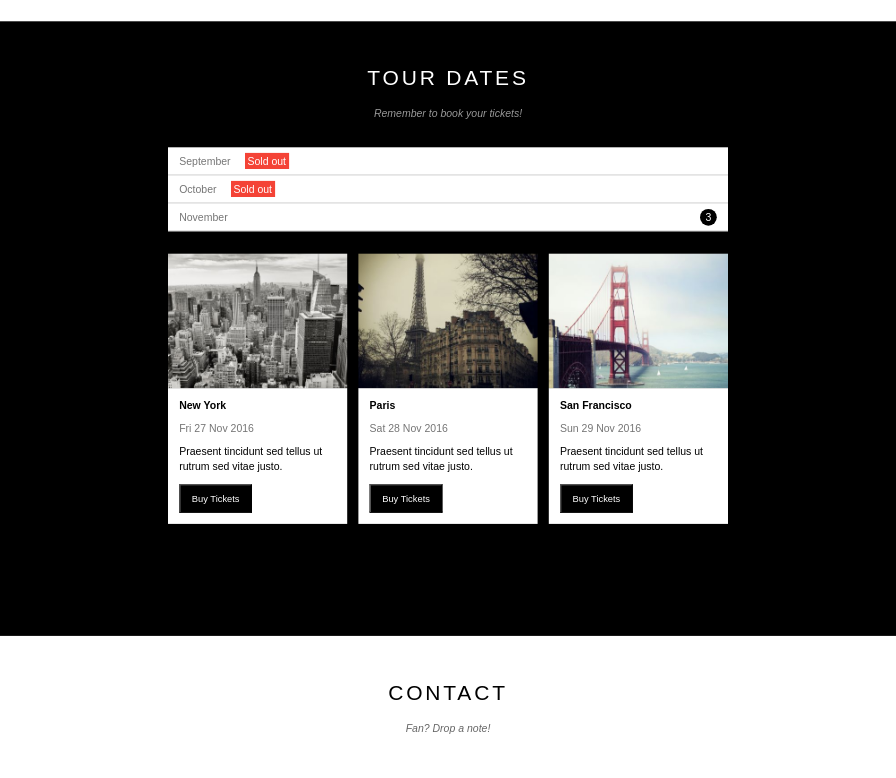
Repository: duyhung0311/band_music
Page: index.html
An editor plug-in stored every save of this project. The page is shown before and after the next save, followed by the edit.
The browser window is 1280 px wide. The pictures show the part of the page from y = 1249 to 3169 px (the page is 2361 px tall before and 3169 px after), at 70% of full size.

Above is the page before, as saved 2021-08-15 11:43:30.

### index.html
<!DOCTYPE html>
<html lang="en">
  <head>
    <meta charset="UTF-8" />
    <meta http-equiv="X-UA-Compatible" content="IE=edge" />
    <meta name="viewport" content="width=device-width, initial-scale=1.0" />
    <title>Document</title>
    <link rel="stylesheet" href="assets/css/style.css" />
    <link
      rel="stylesheet"
      href="./assets/fonts/themify-icons/themify-icons.css"
    />
  </head>
  <body>
    <div id="main">
      <div id="header">
        <!--#ul>li*5>a  -->
        <!-- Begin : Nav -->
        <ul id="nav">
          <li><a href="">Home</a></li>
          <li><a href="">Tour</a></li>
          <li><a href="">Band</a></li>
          <li><a href="">Contact</a></li>
          <li>
            <a href="">
              More
              <i class="nav-arrow-down ti-angle-dow"></i>
            </a>
            <ul class="subnav">
              <li><a href="">Merchandise</a></li>
              <li><a href="">Extras</a></li>
              <li><a href="">Media</a></li>
            </ul>
          </li>
        </ul>
        <!-- End : Nav -->

        <!-- Begin :Search button -->
        <div class="search-btn">
          <i class="search-icon ti-search"></i>
        </div>
        <!-- End :Search button -->
      </div>

      <div id="slider">
        <div class="text-content">
          <h2 class="text-heading">New York</h2>
          <div class="text-description">
            The atmosphere in New York is lorem ipsum.
          </div>
        </div>
      </div>

      <div id="content">
        <!-- About section -->
        <div class="content-section">
          <h2 class="section-heading">THE BAND</h2>
          <p class="section-sub-heading">We love music</p>
          <p class="about-content">
            We have created a fictional band website. Lorem ipsum dolor sit
            amet, consectetur adipiscing elit, sed do eiusmod tempor incididunt
            ut labore et dolore magna aliqua. Ut enim ad minim veniam, quis
            nostrud exercitation ullamco laboris nisi ut aliquip ex ea commodo
            consequat. Duis aute irure dolor in reprehenderit in voluptate velit
            esse cillum dolore eu fugiat nulla pariatur. Excepteur sint occaecat
            cupidatat non proident, sunt in culpa qui officia deserunt mollit
            anim id est laborum consectetur adipiscing elit, sed do eiusmod
            tempor incididunt ut labore et dolore magna aliqua. Ut enim ad minim
            veniam, quis nostrud exercitation ullamco laboris nisi ut aliquip ex
            ea commodo consequat.
          </p>

          <div class="members-list">
            <div class="member-item">
              <p class="member-name">Name</p>
              <img
                src="./assets/img/ban/member1.jpg"
                alt=""
                class="member-avatar"
              />
            </div>

            <div class="member-item">
              <p class="member-name">Name</p>
              <img
                src="./assets/img/ban/member1.jpg"
                alt=""
                class="member-avatar"
              />
            </div>

            <div class="member-item">
              <p class="member-name">Name</p>
              <img
                src="./assets/img/ban/member1.jpg"
                alt=""
                class="member-avatar"
              />
            </div>

            <div class="clear"></div>
          </div>
        </div>

        <!-- Tour section -->
        <div class="tour-section">
          <div class="content-section">
            <h2 class="section-heading text-white">TOUR DATES</h2>
            <p class="section-sub-heading text-white">
              Remember to book your tickets!
            </p>

            <!-- Ticket list -->
            <ul class="ticket-list">
              <li>September <span class="sold-out">Sold out</span></li>
              <li>October <span class="sold-out">Sold out</span></li>
              <li>November <span class="quantity">3</span></li>
            </ul>

            <!-- Place list -->
            <div class="row places-list">
              <div class="place-item">
                <img
                  src="./assets//img/place/place1.jpg"
                  alt="New York"
                  class="place-img"
                />
                <div class="place-body">
                  <h3 class="place-heading">New York</h3>
                  <p class="place-time">Fri 27 Nov 2016</p>
                  <p class="place-description">
                    Praesent tincidunt sed tellus ut rutrum sed vitae justo.
                  </p>
                  <button class="place-buy-btn js-buy-ticket">
                    Buy Tickets
                  </button>
                </div>
              </div>

              <div class="place-item">
                <img
                  src="./assets//img/place/place2.jpg"
                  alt="Paris"
                  class="place-img"
                />
                <div class="place-body">
                  <h3 class="place-heading">Paris</h3>
                  <p class="place-time">Sat 28 Nov 2016</p>
                  <p class="place-description">
                    Praesent tincidunt sed tellus ut rutrum sed vitae justo.
                  </p>
                  <button class="place-buy-btn js-buy-ticket">
                    Buy Tickets
                  </button>
                </div>
              </div>
              <div class="place-item">
                <img
                  src="./assets//img/place/place3.jpg"
                  alt="San Francisco"
                  class="place-img"
                />
                <div class="place-body">
                  <h3 class="place-heading">San Francisco</h3>
                  <p class="place-time">Sun 29 Nov 2016</p>
                  <p class="place-description">
                    Praesent tincidunt sed tellus ut rutrum sed vitae justo.
                  </p>
                  <button class="place-buy-btn js-buy-ticket">
                    Buy Tickets
                  </button>
                </div>
              </div>
              <div class="clear"></div>
            </div>
          </div>
        </div>

        <!-- Tour section -->
        <div class="content-section">
          <h2 class="section-heading">CONTACT</h2>
          <p class="section-sub-heading">Fan? Drop a note!</p>
        </div>
      </div>

      <div id="footer"></div>
    </div>
    <div class="modal js-modal">
      <div class="modal-container js-modal-container">
        <div class="modal-close js-modal-close">
          <i class="ti-close"></i>
        </div>
        <header class="modal-header">
          <i class="modal-heading-icon ti-bag"></i>
          Tickets
        </header>
        <div class="modal-body">
          <label for="ticket-quantity" class="modal-label">
            <i class="ti-shopping-cart"></i>
            Tickets, $15 per person
          </label>
          <input
            id="quantity"
            type="text"
            placeholder="How many?"
            class="modal-input"
          />

          <label for="email" class="modal-label">
            <i class="ti-user"></i>
            Send To
          </label>
          <input
            id="email"
            type="text"
            placeholder="Email"
            class="modal-input"
          />
          <button id="buy-tickets">Pay <i class="ti-check"></i></button>
        </div>
        <footer class="modal-footer">
          <p class="modal-help">Need <a href="">help?</a></p>
        </footer>
      </div>
    </div>
    <script>
      const buyBtns = document.querySelectorAll(".js-buy-ticket");
      const modal = document.querySelector(".modal");
      const modalClose = document.querySelector(".js-modal-close");
      const modalContainer = document.querySelector(".js-modal-container");
      // Hàm hiển thị modal
      function showBuyTickets() {
        modal.classList.add("open");
      }
      // Hàm ẩn đi modal mua vé
      function showCloseTickets() {
        modal.classList.remove("open");
      }
      for (const buyBtn of buyBtns) {
        buyBtn.addEventListener("click", showBuyTickets);
      }
      modalClose.addEventListener("click", showCloseTickets);
      modal.addEventListener("click", showCloseTickets);
      modalContainer.addEventListener("click", function (event) {
        event.stopPropagation();
      });
    </script>
  </body>
</html>

### assets/css/style.css
/*Reset CSS*/
* {
  padding: 0;
  margin: 0;
  box-sizing: border-box;
}
html {
  font-family: Arial, Helvetica, sans-serif;
}
/*
    1. Từ ngoài vào trong
    2. Từ trên xuống dưới
    3. Từ tổng quan đến chi tiết
*/
/*
    1. Vị trí
    2. Kích thước (width height)
    3. Màu sắc
    4. Kiểu dáng (kiểu chữ, hình tròn, vuông, ....)
*/
.clear{
    clear: both;
}

.text-white {
    color: #fff !important;
}

#main {
}
#header {
  position: fixed;
  top: 0;
  left: 0;
  right: 0;
  z-index: 1;
  height: 46px;
  background-color: #000;
}

#nav {
  display: inline-block;
}

/* cách bỏ dấu chấm đầu dòng của thằng ul */
#nav,
.subnav {
  list-style-type: none;
}

#nav > li {
  display: inline-block;
}
#nav li {
  /* inline là trên 1 hàng block giữ lại kích thước khối */
  position: relative;
}

#nav > li > a {
  color: #fff;
  text-transform: uppercase;
}

#nav li a {
  text-decoration: none;
  line-height: 46px;
  padding: 0 24px;
  display: block;
  /* inline k tính chiều cao và chiều rộng được */
}

#nav li:hover .subnav {
  display: block;
}

#nav > li:hover > a,
#nav .subnav li:hover a {
  color: #000;
  background-color: #ccc;
}

#nav .subnav {
  display: none;
  min-width: 160px;
  position: absolute;
  top: 100%;
  /* top = 100% là nó lấy chính chiều cao
    100% của chính nó */
  left: 0;
  background-color: #fff;
  box-shadow: 0 0 10px rgba(0, 0, 0, 0.3);
}

#nav .subnav a {
  color: #000;
  padding: 0 12px;
  line-height: 38px;
}

#nav .nav-arrow-down {
  font-size: 14px;
}

#header .search-btn {
  float: right;
  padding: 0 21px;
  cursor: pointer;
}

#header .search-btn:hover {
  background-color: #f44336;
}

#header .search-icon {
  color: #fff;
  font-size: 20px;
  line-height: 46px;
}

#slider {
    position: relative;
    margin-top: 46px;
    padding-top: 50%;
    background:url('./../img/slider/slider1.jpg') top center / cover no-repeat;
}
#slider .text-content   {
    position: absolute;
    bottom: 46px;
    left: 50%;
    color: #fff;
    transform: translateX(-50%);
    text-align: center;
}

#slider .text-heading   {
    font-weight: 500;
    font-size: 24px;
}

#slider .text-description   {
    font-size: 15px;
    margin-top: 25px;
}

#content {

}

#content .content-section{
    width: 800px;
    margin: 0 auto;
    padding: 64px 0;
}

#content .section-heading {
    font-size: 30px;
    font-weight: 500;
    letter-spacing: 4px;
}

#content .section-sub-heading,
#content .about-content {
    margin-top: 25px;
    font-size: 15px;
}

#content .section-heading,
#content .section-sub-heading {
    text-align: center;
}

#content .section-sub-heading {
    font-style: italic;
    opacity: 0.6;
}

#content .about-content {
    text-align: justify;
    line-height: 1.4;
}

#content .members-list {
    margin-top: 48px;
    /* overflow: hidden; */
}

#content .member-item {
    float: left;
    width: calc(100% / 3);
    text-align: center;
}

#content .member-name {
    font-size: 15px;
}

#content .member-avatar {
    width: 154px;
    margin-top:15px;
    border-radius: 4px;
}
/* Tour section */
.tour-section {
    background: #000;
}

.ticket-list li {
    color: #757575;
    font-size: 15px;
    padding: 11px 16px;
    border-bottom: 1px solid #bbb;
    list-style-type: none;
}

.ticket-list {
    background:#fff;
    margin-top: 40px;
}


.ticket-list .sold-out {
    color: #fff;
    background: #f44336;
    padding: 3px 4px;
    margin-left: 16px;
}

.ticket-list .quantity {
    float: right;
    margin-top: -3px;
    width: 24px;
    height: 24px;
    background:#000;
    color: #fff;
    border-radius: 50%;
    text-align: center;
    line-height: 24px;
}
.places-list{
    margin-top: 32px;
    margin-bottom: 48px;
    padding-bottom: 48px;
}

.places-list .place-item{
    float: left;
    padding: 0 8px;
    width: calc(100%/3);
}
.places-list .place-img{
    width: 100%;
    display: block;
}
.places-list .place-img:hover{
    opacity: 0.6;
}
.places-list .place-body{
    padding: 16px;
    background-color: #fff;
    font-size: 15px;
}
.place-body .place-heading{
    font-size: 15px;
    font-weight:600;
}
.place-body .place-time{
    margin-top: 15px;
    color: #757575;
}
.place-body .place-description{
    margin-top: 15px;
    line-height: 1.4;
}
.place-body .place-buy-btn{
    color: #fff;
    background :#000;
    text-decoration: none;
    padding:11px 16px;
    display: inline-block;
    margin-top: 15px;
}
.place-body .place-buy-btn:hover{
    color: #000;
    background: #ccc;
}
/* Footer section */
#footer {
}
.modal{
    position: fixed;
    top: 0;
    bottom: 0;
    left: 0;
    right: 0;
    background: rgba(0,0,0,0.3);
    display: none;
    align-items: center;
    justify-content: center;
}
.modal.open {
    display: flex;
}
.modal .modal-container {
    background: #fff;
    width: 900px;
    min-height: 200px;
    max-width: calc(100% - 32px);
    animation: modalFadeIn ease-in .5s;
}
.modal .modal-header{
    background: #009688;
    height: 130px;
    display: flex;
    align-items: center;
    justify-content: center;
    font-size: 30px;
    color: #fff;
}
.modal-header .modal-heading-icon {
    margin-right: 16px;
}
.modal .modal-container {
    position: relative;
}
.modal-container .modal-close {
    position: absolute;
    top: 0;
    right: 0;
    padding: 12px;
    cursor: pointer;
    opacity: 0.9;
}
.modal-container .modal-close:hover {
    opacity: 1;
}
.modal-container .modal-body {
    padding: 16px;
}
.modal-body .modal-label {
    display: block;
    font-size: 15px;
    margin-bottom: 12px;
}
.modal-body .modal-input {
    border:1px solid #ccc;
    width: 100%;
    padding: 10px;
    font-size: 15px;
    margin-bottom: 24px;
}
.modal-body #buy-tickets{
      background: #009688;
      border: none;
      color:#fff;
      width: 100%;
      text-transform: uppercase;
      padding:18px;
      cursor: pointer;
}
.modal-body #buy-tickets:hover {
    opacity: 0.9;
}
.modal-footer{
    padding: 16px;
    text-align: right;
}
.modal-footer a {
    color: #2196f3;
}
.row {
    margin-left: -8px;
    margin-right: -8px;
}
.col {
    padding-left: 8px;
    padding-right: 8px;
}
@keyframes modalFadeIn {
    from {
        transform: translateY(-140px);
        opacity: 0;
    }
    to {
        transform: translateY(0);
        opacity: 1;
    }
}

Loaded but not shown: assets/fonts/themify-icons/themify-icons.css (common file)

After the next save:
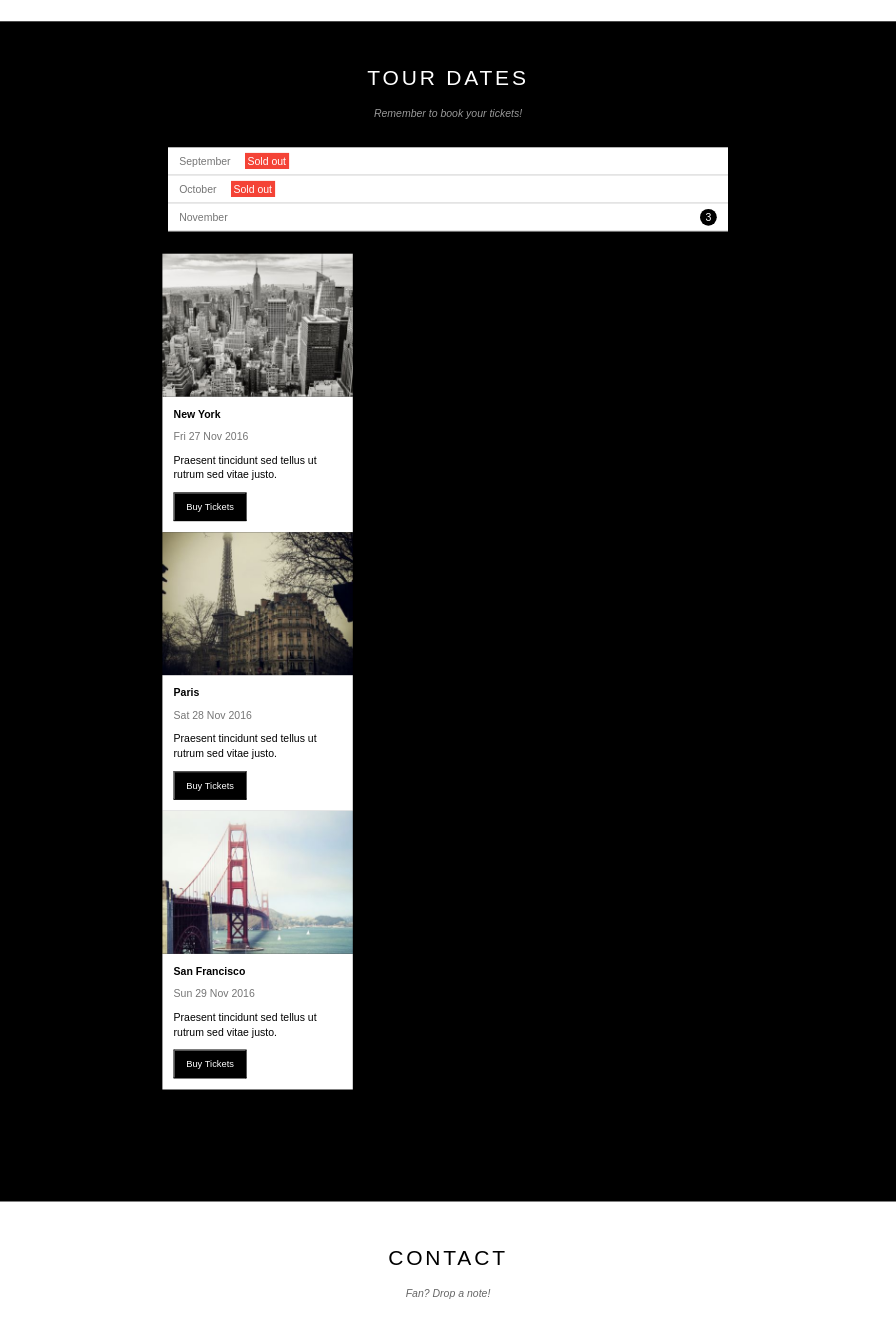
Saved 98 s later.
--- a/assets/css/style.css
+++ b/assets/css/style.css
@@ -243,8 +243,8 @@
 }
 
 .places-list .place-item{
-    float: left;
-    padding: 0 8px;
+    /* float: left;
+    padding: 0 8px; */
     width: calc(100%/3);
 }
 .places-list .place-img{
